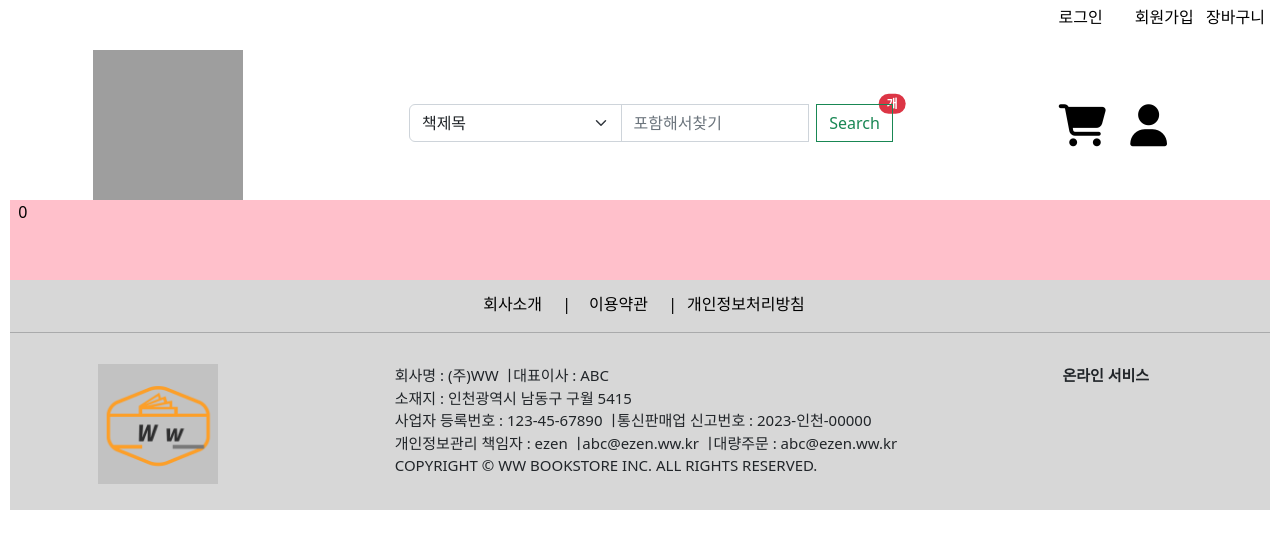
Repository: bongbongi/book1
Page: http://localhost/book/WEB-INF/views/book/bookList.jsp
An editor plug-in stored every save of this project. The page is shown before and after the next save, followed by the edit.
The browser window is 1280 px wide. The pictures show the whole page.
Pictures or frames that could not be fetched are drawn as grey boxes. Some web libraries are served in a nearby version. The page is served by Tomcat 9. Nobody is signed in. Other server files are loaded and not shown. The template is opened directly, without the code that normally fills it, so the values that code supplies are empty.

Above is the page before, as saved 2023-01-17 03:43:18.

### book/src/main/webapp/WEB-INF/views/book/bookList.jsp
<%@ page language="java" contentType="text/html; charset=UTF-8" pageEncoding="UTF-8"%>
<%@ taglib uri="http://java.sun.com/jsp/jstl/core" prefix="c"%>
<%@ taglib uri="http://java.sun.com/jsp/jstl/functions" prefix="fn"%>
<!-- CSS only -->
<link href="https://cdn.jsdelivr.net/npm/bootstrap@5.2.2/dist/css/bootstrap.min.css" rel="stylesheet" integrity="sha384-Zenh87qX5JnK2Jl0vWa8Ck2rdkQ2Bzep5IDxbcnCeuOxjzrPF/et3URy9Bv1WTRi" crossorigin="anonymous">
<!DOCTYPE html>
<html>
<head>
<style type="text/css">
.main {
	margin: 0 auto;
	width: 1260px;
}

.box {
	width: 550px;
	float: left;
	display: inline-block;
	height: 310px;
	border: 1px solid gray;
	border-top-right-radius: 30px;
	border-bottom-right-radius: 30px;
	margin: 19px 38px
}

.footer {
	display: flow-root;
}

.button {
	float: center;
}

.information {
	display: contents;
}

.right {
	margin-right: 4px;
	width: 290px;
	height: 80%;
	float: right;
	padding-top: 20px;
	text-align: center;
}

.left {
	width: 0 auto;
	/* height: 80%; */
	float: left;
	display: inline-block;
}

.book_img {
	width: 250px;
	height: 310px;
}

.btnBox {
	height: 100px;
}

#title {
	font-weight: bold;
	font-size: 25px;
}

.btnBox button {
	margin-top: 8px;
}

.page {
	margin: 0 auto;
	width: 1260px;
	background-color: pink;
	height: 80px;
	display: inline-block;
}
</style>
<meta charset="UTF-8">
<title>Insert title here</title>
<link rel="stylesheet" type="text/css" href="/resources/css/main.css">
</head>
<body>
	<jsp:include page="../layout/header.jsp"></jsp:include>
	<div class="main">

		<c:forEach items="${list}" var="list">
			<div class="box">

				<div class="left">

					<img class="book_img" src="/upload/${fn:replace(list.save_dir,'\\','/')}/${list.uuid}_${list.file_name}" alt="bookThumbnail">

				</div>
				<div class="right">
					<span id="title">${list.bvo.book_title}</span><br> <span id="info">글쓴이 : ${list.bvo.book_writer}<br> 가격 : ${list.bvo.book_price}<br> 재고 : ${list.bvo.book_count}<br></span>
					<div class="btnBox">
						<a href="#" class="button"><button class="btn btn-outline-success">장바구니에넣기</button></a> <br> <a href="#" class="button"><button class="btn btn-outline-success">바로구매</button> <br></a>
					</div>
				</div>
			</div>
		</c:forEach>

		<div class="page">
			<c:if test="${pgh.prev}">
				<a href="/book/search?pageNo=${pgh.startPage-1}&qty=${pgh.pgvo.qty}&type=${pgh.pgvo.type}&keyword=${pgh.pgvo.keyword}">prev</a>
			</c:if>
			<c:forEach begin="${pgh.startPage }" end="${pgh.endPage }" var="i">
				<a href="/book/search?pageNo=${i}&qty=${pgh.pgvo.qty}&type=${pgh.pgvo.type}&keyword=${pgh.pgvo.keyword}">&nbsp ${i} &nbsp</a>
			</c:forEach>
			<c:if test="${pgh.next}">
				<a href="/book/search?pageNo=${pgh.endPage+1}&qty=${pgh.pgvo.qty}&type=${pgh.pgvo.type}&keyword=${pgh.pgvo.keyword}">next</a>
			</c:if>
		</div>
	</div>
	<jsp:include page="../layout/footer.jsp"></jsp:include>
</body>
</html>

### book/src/main/webapp/WEB-INF/views/layout/header.jsp
<%@ page language="java" contentType="text/html; charset=UTF-8" pageEncoding="UTF-8"%>
<%@ taglib uri="http://java.sun.com/jsp/jstl/core" prefix="c"%>
<link href="https://cdn.jsdelivr.net/npm/bootstrap@5.2.2/dist/css/bootstrap.min.css" rel="stylesheet" integrity="sha384-Zenh87qX5JnK2Jl0vWa8Ck2rdkQ2Bzep5IDxbcnCeuOxjzrPF/et3URy9Bv1WTRi" crossorigin="anonymous">
<script src="https://kit.fontawesome.com/92e616dfba.js" crossorigin="anonymous"></script>
<meta charset="UTF-8">
<!DOCTYPE html>
<html>
<head>
<style>
.header {
   margin: 0 auto;
   width: 1260px;
   height: 200px;
}

.menu {
   display: flex;
   justify-content: flex-end;
   padding: 5px;
}

.logo {
   width: 150px;
   height: 150px;
   background-color: blue;
}

.logo>a>img {
   width: 150px;
   height: 150px;
}

.searchBar {
   /* position:absolute; */
   width: 484px;
   height: 42px;
   /* background-color: gold; */
   margin-top: 54px;
   border-radius: 30px;
}

.bar {
   height: 150px;
   display: flex;
   flex-direction: row;
   flex-wrap: nowrap;
   justify-content: space-around;
   /*    align-items: baseline; */
}

.icons>a>i {
   font-size: 42px;
   color: black;
   margin-top: 54px;
   margin-right: 20px;
}
</style>
</head>
<body>
   <div class="header">
      <div class="menu">
         <c:if test="${ses.mem_id ==null}">
            <ul>
               <a href="/mem/loginPage">로그인</a>
            </ul>
            <ul>
               <a href="/mem/joinPage">회원가입</a>
            </ul>
         </c:if>
         <c:if test="${ses.mem_auth == '0' }">
            <ul>
               <a href="/mem/logOut">로그아웃</a>
            </ul>
            <ul>
               <a href="/mem/adminPage">관리인페이지</a>
            </ul>
         </c:if>
         <c:if test="${ses.mem_id !=null && ses.mem_auth !='0' }">
            <ul>
               <a href="/mem/logOut">로그아웃</a>
            </ul>
            <ul>
               <a href="/mem/mypage">마이페이지</a>
            </ul>
         </c:if>
         <%-- <ul>
            <a href="/cart/cartdetail?mem_num=${ses.mem_num}">장바구니</a>
         </ul> --%>
         <c:if test="${ses.mem_id !=null}">
         <ul>
            <a href="/cart/cartdetail?mem_num=${ses.mem_num}">장바구니</a>
         </ul>
         </c:if>
         <c:if test="${ses.mem_id == null}">
               <a href="/mem/loginPage" onclick="gologin(event)">&nbsp&nbsp&nbsp장바구니</a>
         </c:if>
      </div>
      <div class="bar">
         <div class="logo">
            <a href="/"><img src="/resources/img/logo.jpg" alt="로고"></a>
         </div>
         <div class="searchBar">
            <form action="/book/search" class="d-flex" role="search" method="get">
               <div class="input-group mb-3">
                  <!-- 값을 별도 저장 -->
                  <c:set value="${pgh.pgvo.type}" var="typed" />
                  <select class="form-select" name="type">
                     <option value="t" ${typed eq 't' ? 'selected' :'' }>책제목</option>
                     <option value="c" ${typed eq 'c' ? 'selected' :'' }>작가이름</option>
                     <option value="w" ${typed eq 'w' ? 'selected' :'' }>출판사</option>
                  </select> <input class="form-control me-2" type="text" name="keyword" placeholder="포함해서찾기"> <input type="hidden" name="pageNo" value="1"> <input type="hidden" name="qty" value="10">
                  <button class="btn btn-outline-success" type="submit">Search</button>
                  <span class="position-absolute top-0 start-100 translate-middle badge rounded-pill bg-danger"> ${pgh.totalCount}개 <span class="visually-hidden">unread messages</span>
                  </span>
               </div>
            </form>
         </div>
         <div class="icons">
            <!-- 로그인 되었을때 -->
            <c:if test="${ses.mem_id !=null}">
            <a href="/cart/cartdetail?mem_num=${ses.mem_num}">
               <i class="fa-solid fa-cart-shopping"></i>
            </a>
            </c:if>
            <!-- 로그인 안되었을때 -->
            <c:if test="${ses.mem_id == null}">
            <a href="/mem/loginPage" onclick="gologin(event)">
               <i class="fa-solid fa-cart-shopping"></i>
            </a>
            </c:if>

            <c:if test="${ses.mem_auth == '0' }">
               <a href="/mem/adminPage">
                  <i class="fa-solid fa-user"></i>
               </a>
            </c:if>
            <c:if test="${ses.mem_auth != '0' }">
               <a href="/mem/mypage">
                  <i class="fa-solid fa-user"></i>
               </a>
            </c:if>

         </div>
      </div>
   </div>

   <script type="text/javascript">
      function gologin(event) {
         alert("로그인이 필요합니다!");
      }
      </script>
</body>
</html>

### book/src/main/webapp/WEB-INF/views/layout/footer.jsp
<%@ page language="java" contentType="text/html; charset=UTF-8"
   pageEncoding="UTF-8"%>
   <%@ taglib uri="http://java.sun.com/jsp/jstl/core" prefix="c"%>
<!DOCTYPE html>
<html>
<head>
<meta charset="UTF-8">
<title>Insert title here</title>
<style>
.footer {
   width: 1260px;
   height: 230px;
   background-color: rgba(175, 175, 175, 0.5);
   margin: 0 auto;
}

.footer-logo {

   width: 120px;
   height: 120px;
   background-color: beige;
}
.footer-logo>img{
   width: 120px;
   height: 120px;
}

.address-box {
   text-align: left;
   padding: 0;
   margin: 0;
}

.address {
   padding: 15px;
   height: 150px;
   display: flex;
   font-size: 15px;
   /* align-items: baseline; */
   flex-direction: row;
   flex-wrap: nowrap;
   justify-content: space-around;
}

ul {
   list-style: none;
}

.footer, .address li {

}

.footer-top {
   text-align: center;
   padding-top: 12px;
}

.footer-top>ul {
   margin: 0;
   padding: 0;
   display: flex;
   justify-content: center;
}

.footer-top>li {
   margin: 0;
   padding: 0;
}

a {
   text-decoration-line: none;
   color: black;
}

a:visited {
   text-decoration: none;
}

a:hover {
   text-decoration: none;
}

a:focus {
   text-decoration: none;
}

a:hover, a:active {
   text-decoration: none;
}

.online-serviceBar {
   padding: 0px;
   margin-left: 20px;
   width: 120px;
   height: 120px;
}

.online-serviceBar>ul {
   margin: 0px;
   padding: 0px;
}

</style>

</head>

<body>
   <div class="footer">
      <div class="footer-top">
         <ul>
            <li><a href="/introduce">회사소개 　|　 </a></li>
            <li><a href="/tos">이용약관 　| 　</a></li>
            <li><a href="/pp">개인정보처리방침</a></li>
         </ul>
      </div>
      <hr>
      <div class="address">
         <div class="footer-logo">
            <img src="../resources/img/logo2.png" alt="로고">
         </div>
         <div class="address-box">
            <ul>
               <li>회사명 : (주)WW <span style="margin-right: -7px;">ㅣ</span>
                  대표이사 : ABC
               </li>

               <li>소재지 : 인천광역시 남동구 구월 5415</li>
               <li>사업자 등록번호 : 123-45-67890 <span style="margin-right: -7px;">ㅣ</span>
                  통신판매업 신고번호 : 2023-인천-00000
               </li>

               <li>개인정보관리 책임자 : ezen <span style="margin-right: -7px;">ㅣ</span>
                  abc@ezen.ww.kr <span style="margin-right: -7px;">ㅣ</span> 대량주문 :
                  abc@ezen.ww.kr
               </li>

               <li>COPYRIGHT © WW BOOKSTORE INC. ALL RIGHTS RESERVED.</li>

            </ul>

         </div>
         <div class="online-serviceBar">
            <strong>온라인 서비스</strong>
            <c:if test="${ses.mem_auth eq 1}">
            <ul>
               <li><a href="/mem/mypage">마이페이지</a></li>
               <li><a href="/ntc/noticeOnly">공지사항</a></li>
               <li><a href="/board/list">1대1문의</a></li>
               <li><a href="/faq/faqListOnly">FAQ</a></li>
            </ul>
            </c:if>
            <c:if test="${ses.mem_auth eq 0}">
            <ul>
               <li><a href="/" onclick="gologin(event)">마이페이지</a></li>
               <li><a href="/ntc/noticeOnly">공지사항</a></li>
               <li><a href="/" onclick="gologin(event)">1대1문의</a></li>
               <li><a href="/faq/faqListOnly">FAQ</a></li>
            </ul>

            </c:if>
         </div>
      </div>
   </div>

   <script type="text/javascript">

   function gologin(event) {
      alert("일반회원 영역입니다")
   }



   </script>

</body>
</html>

### book/src/main/webapp/resources/css/main.css
@charset "UTF-8";

/*
Description:
    Contains all the styles for the winning wheel page.

Verison History:
    2012-01-28, Douglas McKechie
    - Created based off earlier version.

    2015-09-26, Douglas McKechie
    - Minor updates for the 2.0 winwheel example.
*/

body
{
    font-family: arial;
}

/* Sets the background image for the wheel */
td.the_wheel
{
    background-image: url(./wheel_back.png);
    background-position: center;
    background-repeat: none;
}

/* Do some css reset on selected elements */
h1, p
{
    margin: 0;
}

div.power_controls
{
    margin-right:70px;
}

div.html5_logo
{
    margin-left:70px;
}

/* Styles for the power selection controls */
table.power
{
    background-color: #cccccc;
    cursor: pointer;
    border:1px solid #333333;
}

table.power th
{
    background-color: white;
    cursor: default;
}

td.pw1
{
    background-color: #E5E0FF;
}

td.pw2
{
    background-color: #8EA7E9;
}

td.pw3
{
    background-color: #7286D3;
}

/* Style applied to the spin button once a power has been selected */
.clickable
{
    cursor: pointer;
}

/* Other misc styles */
.margin_bottom
{
    margin-bottom: 5px;
}

After the next save:
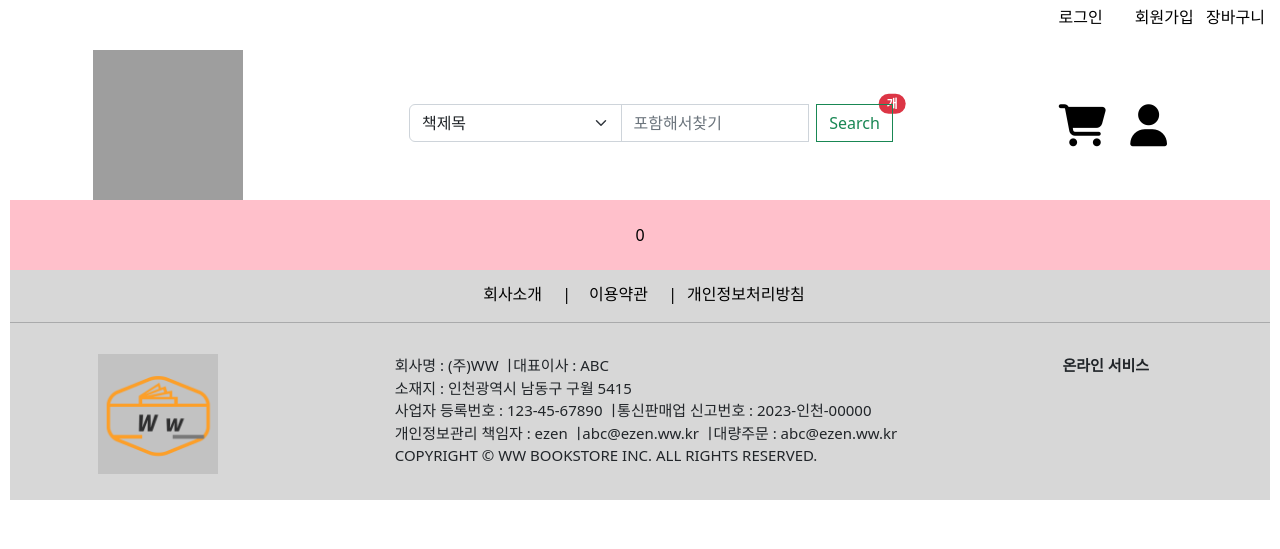
Saved 2 min 7 s later.
--- a/book/src/main/webapp/WEB-INF/views/book/bookList.jsp
+++ b/book/src/main/webapp/WEB-INF/views/book/bookList.jsp
@@ -73,8 +73,11 @@
 	margin: 0 auto;
 	width: 1260px;
 	background-color: pink;
-	height: 80px;
-	display: inline-block;
+	height: 70px;
+	display: flex;
+	/* text-align: center; */
+	justify-content: center;
+	align-items: center;
 }
 </style>
 <meta charset="UTF-8">
